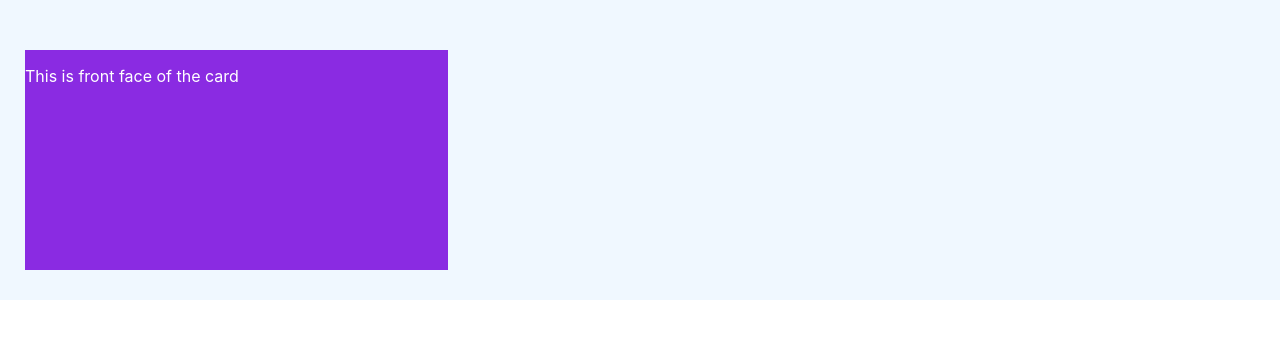
Repository: thai-shriya/anxiety-tracker
Page: /
These files come from the project's save history. The page is drawn as it stood at one moment and after the next save; the edit follows.
The browser window is 1280 px wide. The pictures show the whole page.
The project was rebuilt for these pictures with package versions that can differ from the ones it lists, and the page was loaded fresh each time.

Above is the page before, as saved 2024-04-23 01:59:52.

After the next save:
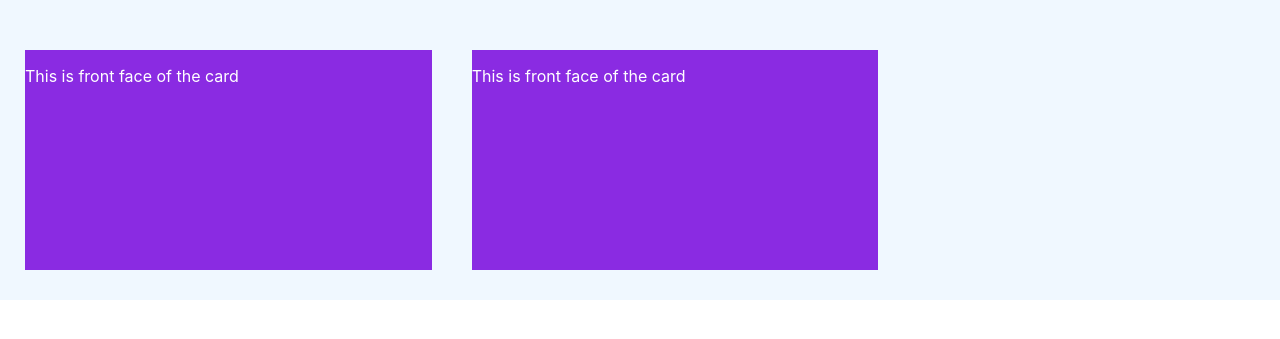
Saved 5 min 43 s later.
--- a/src/App.js
+++ b/src/App.js
@@ -1,7 +1,7 @@
 import { useState } from 'react';
 import './App.css';
 
-function App() {
+function Card({ frontContent, backContent }) {
   const [isFlipped, setIsFlipped] = useState(false);
 
   const handleClick = () => {
@@ -9,16 +9,28 @@ function App() {
   };
 
   return (
+    <div className={`flex-card ${isFlipped ? 'flipped' : ''}`} onClick={handleClick}>
+      <div className='front'>
+        <p>This is front face of the card</p>
+      </div>
+      <div className='back'>
+        <p>This is back face of the card</p>
+      </div>
+    </div>
+  );
+}
+
+function App() {
+
+  const cardData = [
+    { frontContent: 'Front Content 1', backContent: 'Back Content 1' },
+    { frontContent: 'Front Content 2', backContent: 'Back Content 2' }];
+
+  return (
     <div className='grid-container'>
-      <div className={`flex-card ${isFlipped ? 'flipped':''}`} onClick={handleClick}>
-        <div className='front'>
-          <p>This is front face of the card</p>
-        </div>
-        <div className='back'>
-          <p>This is back face of the card</p>
-        </div>
-      </div>
-
+      {cardData.map((card, index) => (
+        <Card key={index} frontContent={card.frontContent} backContent={card.backContent} />
+      ))}
     </div>
 
   );
